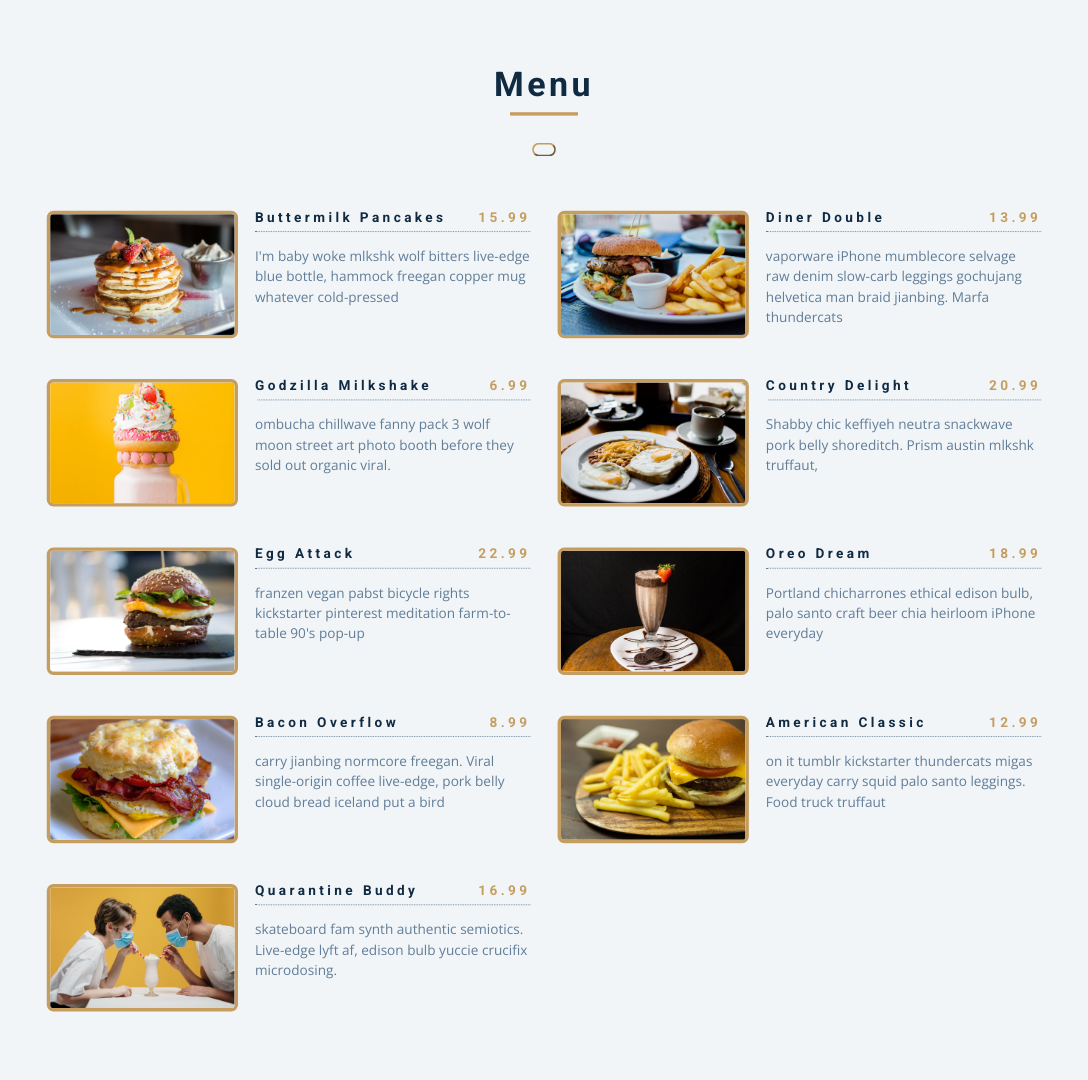
Repository: spidero7/Menu
Page: index.html
The author's editor kept a copy of each file at every save. The page is drawn from the files as they stood at one save, then again after the next save.
The browser window is 1280 px wide. The pictures show the whole page, at 85% of full size.
Some web libraries are served in a nearby version.

Above is the page before, as saved 2021-10-02 07:30:59.

### index.html
<!DOCTYPE html>
<html lang="en">
<head>
    <meta charset="UTF-8">
    <meta http-equiv="X-UA-Compatible" content="IE=edge">
    <meta name="viewport" content="width=device-width, initial-scale=1.0">
    <title>Menu</title>
    <link rel="stylesheet" href="style.css">
    <link
      rel="stylesheet"
      href="https://cdnjs.cloudflare.com/ajax/libs/font-awesome/5.14.0/css/all.min.css"
    />
</head>
<body>
    <section class="menu">
        <div class="title">
            <h2>Menu</h2>
            <div class="underline"></div>
        </div>
        <div class="btn-container">
            <button class="filter-btn" type="button"></button>
        </div>
        <div class="section-center">
            <article class="menu-item">
                <img src="menu-item.jpeg" class="photo" alt="menu-item">
                <div class="item-info">
                    <header>
                        <h4>Buttermilk pancakes</h4>
                        <h4 class="price">$15</h4>
                    </header>
                    <p class="item-text">Lorem ipsum dolor sit amet consectetur adipisicing elit. Nisi dolorum quasi tempore rerum voluptatem harum ad quisquam provident, ducimus officiis asperiores. Aut, aliquid veniam tempora tempore quisquam atque. Saepe, suscipit!</p>
                </div>
            </article>
        </div>
    </section>
    <script src="app.js"></script>
</body>
</html>

### style.css
/*
===============
Fonts
===============
*/
@import url("https://fonts.googleapis.com/css?family=Open+Sans|Roboto:400,700&display=swap");

/*
===============
Variables
===============
*/

:root {
  /* dark shades of primary color*/
  --clr-primary-1: hsl(205, 86%, 17%);
  --clr-primary-2: hsl(205, 77%, 27%);
  --clr-primary-3: hsl(205, 72%, 37%);
  --clr-primary-4: hsl(205, 63%, 48%);
  /* primary/main color */
  --clr-primary-5: #49a6e9;
  /* lighter shades of primary color */
  --clr-primary-6: hsl(205, 89%, 70%);
  --clr-primary-7: hsl(205, 90%, 76%);
  --clr-primary-8: hsl(205, 86%, 81%);
  --clr-primary-9: hsl(205, 90%, 88%);
  --clr-primary-10: hsl(205, 100%, 96%);
  /* darkest grey - used for headings */
  --clr-grey-1: hsl(209, 61%, 16%);
  --clr-grey-2: hsl(211, 39%, 23%);
  --clr-grey-3: hsl(209, 34%, 30%);
  --clr-grey-4: hsl(209, 28%, 39%);
  /* grey used for paragraphs */
  --clr-grey-5: hsl(210, 22%, 49%);
  --clr-grey-6: hsl(209, 23%, 60%);
  --clr-grey-7: hsl(211, 27%, 70%);
  --clr-grey-8: hsl(210, 31%, 80%);
  --clr-grey-9: hsl(212, 33%, 89%);
  --clr-grey-10: hsl(210, 36%, 96%);
  --clr-white: #fff;
  --clr-red-dark: hsl(360, 67%, 44%);
  --clr-red-light: hsl(360, 71%, 66%);
  --clr-green-dark: hsl(125, 67%, 44%);
  --clr-green-light: hsl(125, 71%, 66%);
  --clr-gold: #c59d5f;
  --clr-black: #222;
  --ff-primary: "Roboto", sans-serif;
  --ff-secondary: "Open Sans", sans-serif;
  --transition: all 0.3s linear;
  --spacing: 0.25rem;
  --radius: 0.5rem;
  --light-shadow: 0 5px 15px rgba(0, 0, 0, 0.1);
  --dark-shadow: 0 5px 15px rgba(0, 0, 0, 0.2);
  --max-width: 1170px;
  --fixed-width: 620px;
}
/*
===============
Global Styles
===============
*/

*,
::after,
::before {
  margin: 0;
  padding: 0;
  box-sizing: border-box;
}
body {
  font-family: var(--ff-secondary);
  background: var(--clr-grey-10);
  color: var(--clr-grey-1);
  line-height: 1.5;
  font-size: 0.875rem;
}
ul {
  list-style-type: none;
}
a {
  text-decoration: none;
}
img:not(.logo) {
  width: 100%;
}
img {
  display: block;
}

h1,
h2,
h3,
h4 {
  letter-spacing: var(--spacing);
  text-transform: capitalize;
  line-height: 1.25;
  margin-bottom: 0.75rem;
  font-family: var(--ff-primary);
}
h1 {
  font-size: 3rem;
}
h2 {
  font-size: 2rem;
}
h3 {
  font-size: 1.25rem;
}
h4 {
  font-size: 0.875rem;
}
p {
  margin-bottom: 1.25rem;
  color: var(--clr-grey-5);
}
@media screen and (min-width: 800px) {
  h1 {
    font-size: 4rem;
  }
  h2 {
    font-size: 2.5rem;
  }
  h3 {
    font-size: 1.75rem;
  }
  h4 {
    font-size: 1rem;
  }
  body {
    font-size: 1rem;
  }
  h1,
  h2,
  h3,
  h4 {
    line-height: 1;
  }
}
/*  global classes */

.btn {
  text-transform: uppercase;
  background: transparent;
  color: var(--clr-black);
  padding: 0.375rem 0.75rem;
  letter-spacing: var(--spacing);
  display: inline-block;
  transition: var(--transition);
  font-size: 0.875rem;
  border: 2px solid var(--clr-black);
  cursor: pointer;
  box-shadow: 0 1px 3px rgba(0, 0, 0, 0.2);
  border-radius: var(--radius);
}
.btn:hover {
  color: var(--clr-white);
  background: var(--clr-black);
}
/* section */
.section {
  padding: 5rem 0;
}

main {
  min-height: 100vh;
  display: grid;
  place-items: center;
}
/*
===============
Menu
===============
*/

.menu {
  padding: 5rem 0;
}
.title {
  text-align: center;
  margin-bottom: 2rem;
}
.underline {
  width: 5rem;
  height: 0.25rem;
  background: var(--clr-gold);
  margin-left: auto;
  margin-right: auto;
}
.btn-container {
  margin-bottom: 4rem;
  display: flex;
  justify-content: center;
}
.filter-btn {
  background: transparent;
  border-color: var(--clr-gold);
  font-size: 1rem;
  text-transform: capitalize;
  margin: 0 0.5rem;
  letter-spacing: 1px;
  border-radius: var(--radius);
  padding: 0.375rem 0.75rem;
  color: var(--clr-gold);
  cursor: pointer;
  transition: var(--transition);
}
.filter-btn:hover {
  background: var(--clr-gold);
  color: var(--clr-white);
}
.section-center {
  width: 90vw;
  margin: 0 auto;
  max-width: 1170px;
  display: grid;
  gap: 3rem 2rem;
  justify-items: center;
}
.menu-item {
  display: grid;
  gap: 1rem 2rem;
  max-width: 25rem;
}
.photo {
  object-fit: cover;
  height: 200px;
  border: 0.25rem solid var(--clr-gold);
  border-radius: var(--radius);
}
.item-info header {
  display: flex;
  justify-content: space-between;
  border-bottom: 0.5px dotted var(--clr-grey-5);
}
.item-info h4 {
  margin-bottom: 0.5rem;
}
.price {
  color: var(--clr-gold);
}
.item-text {
  margin-bottom: 0;
  padding-top: 1rem;
}

@media screen and (min-width: 768px) {
  .menu-item {
    grid-template-columns: 225px 1fr;
    gap: 0 1.25rem;
    max-width: 40rem;
  }
  .photo {
    height: 175px;
  }
}
@media screen and (min-width: 1200px) {
  .section-center {
    width: 95vw;
    grid-template-columns: 1fr 1fr;
  }
  .photo {
    height: 150px;
  }
}

### app.js
const menu = [
  {
    id: 1,
    title: "buttermilk pancakes",
    category: "breakfast",
    price: 15.99,
    img: "./images/item-1.jpeg",
    desc: `I'm baby woke mlkshk wolf bitters live-edge blue bottle, hammock freegan copper mug whatever cold-pressed `,
  },
  {
    id: 2,
    title: "diner double",
    category: "lunch",
    price: 13.99,
    img: "./images/item-2.jpeg",
    desc: `vaporware iPhone mumblecore selvage raw denim slow-carb leggings gochujang helvetica man braid jianbing. Marfa thundercats `,
  },
  {
    id: 3,
    title: "godzilla milkshake",
    category: "shakes",
    price: 6.99,
    img: "./images/item-3.jpeg",
    desc: `ombucha chillwave fanny pack 3 wolf moon street art photo booth before they sold out organic viral.`,
  },
  {
    id: 4,
    title: "country delight",
    category: "breakfast",
    price: 20.99,
    img: "./images/item-4.jpeg",
    desc: `Shabby chic keffiyeh neutra snackwave pork belly shoreditch. Prism austin mlkshk truffaut, `,
  },
  {
    id: 5,
    title: "egg attack",
    category: "lunch",
    price: 22.99,
    img: "./images/item-5.jpeg",
    desc: `franzen vegan pabst bicycle rights kickstarter pinterest meditation farm-to-table 90's pop-up `,
  },
  {
    id: 6,
    title: "oreo dream",
    category: "shakes",
    price: 18.99,
    img: "./images/item-6.jpeg",
    desc: `Portland chicharrones ethical edison bulb, palo santo craft beer chia heirloom iPhone everyday`,
  },
  {
    id: 7,
    title: "bacon overflow",
    category: "breakfast",
    price: 8.99,
    img: "./images/item-7.jpeg",
    desc: `carry jianbing normcore freegan. Viral single-origin coffee live-edge, pork belly cloud bread iceland put a bird `,
  },
  {
    id: 8,
    title: "american classic",
    category: "lunch",
    price: 12.99,
    img: "./images/item-8.jpeg",
    desc: `on it tumblr kickstarter thundercats migas everyday carry squid palo santo leggings. Food truck truffaut  `,
  },
  {
    id: 9,
    title: "quarantine buddy",
    category: "shakes",
    price: 16.99,
    img: "./images/item-9.jpeg",
    desc: `skateboard fam synth authentic semiotics. Live-edge lyft af, edison bulb yuccie crucifix microdosing.`,
  },
];

const sectionCenter = document.querySelector('.section-center');

window.addEventListener("DOMContentLoaded", function () {
 displayMenuItems(menu);
});

function displayMenuItems(menuItems) {
  let displayMenu = menuItems.map(function (item) {
    return `<article class="menu-item">
    <img src=${item.img} class="photo" alt=${item.title}>
    <div class="item-info">
        <header>
            <h4>${item.title}</h4>
            <h4 class="price">${item.price}</h4>
        </header>
        <p class="item-text">${item.desc}</p>
    </div>
</article>`;
  });
  displayMenu = displayMenu.join("");
  sectionCenter.innerHTML = displayMenu
}

After the next save:
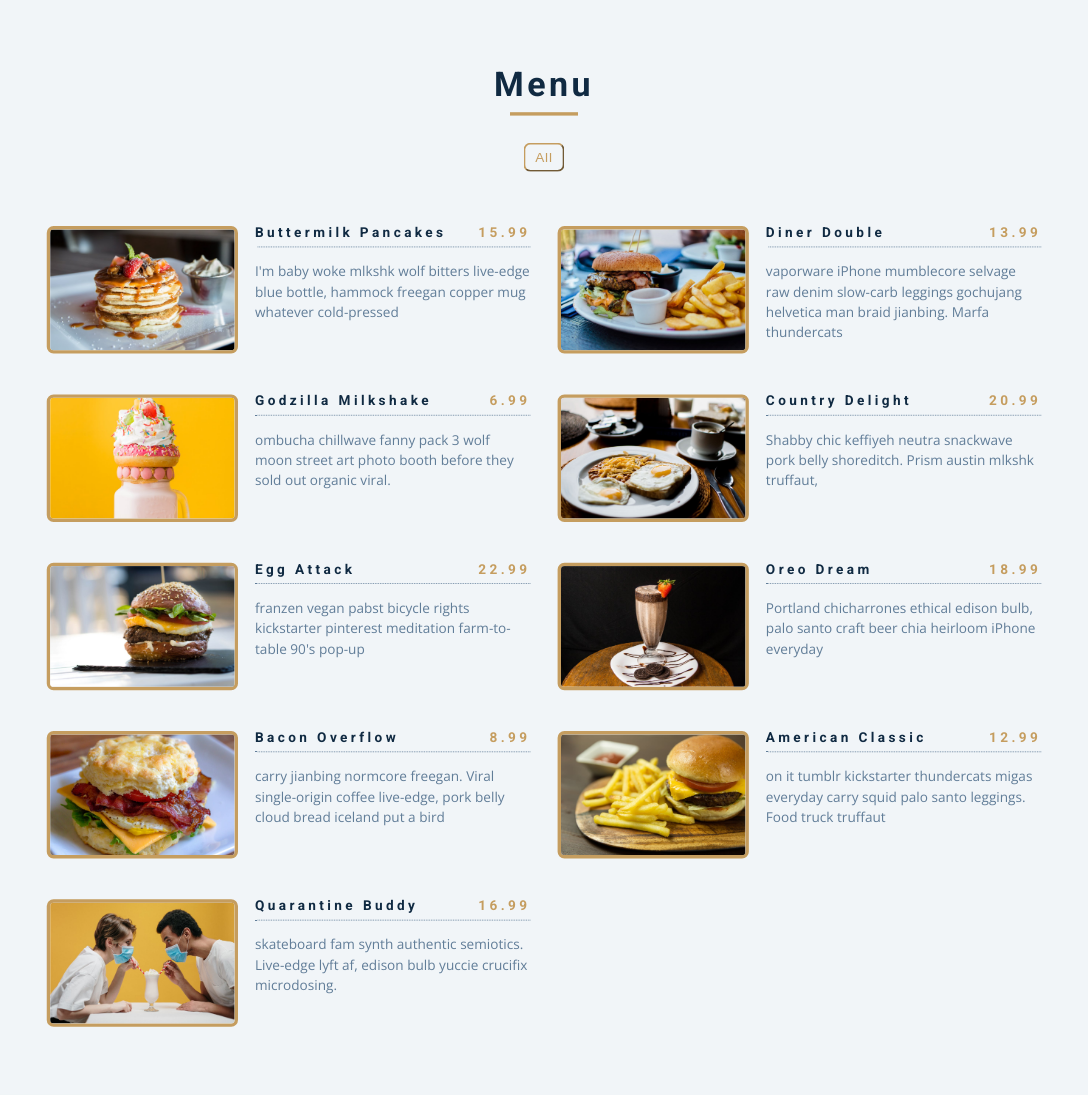
Saved 17 s later.
--- a/index.html
+++ b/index.html
@@ -18,7 +18,7 @@
             <div class="underline"></div>
         </div>
         <div class="btn-container">
-            <button class="filter-btn" type="button"></button>
+            <button class="filter-btn" type="button">all</button>
         </div>
         <div class="section-center">
             <article class="menu-item">
